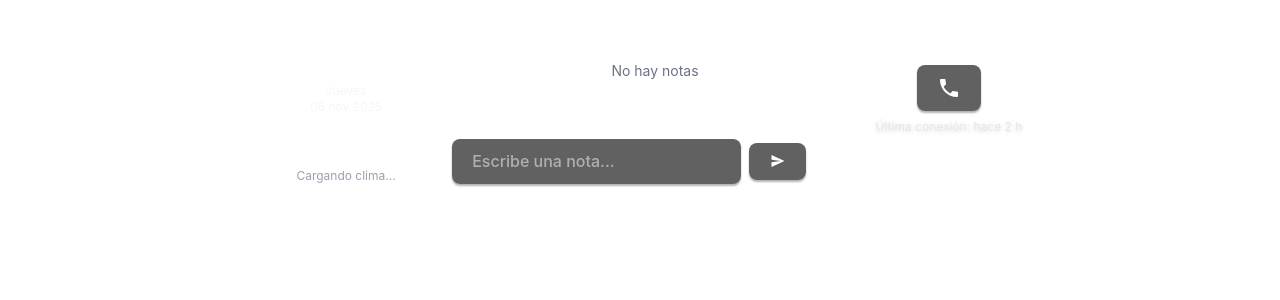
Repository: CodeByEvans/my-romantic-widget
Page: /
The author's editor kept a copy of each file at every save. The page is drawn from the files as they stood at one save, then again after the next save.
The browser window is 1280 px wide. The pictures show the whole page.
The page's requests for data from a server got no answer. The project was rebuilt for these pictures with package versions that can differ from the ones it lists, and the page was loaded fresh each time. No one was signed in, and anything a server would have sent is missing. Also part of the build but not shown: vite.config.ts.

Above is the page before, as saved 2025-11-07 13:03:14.

### src/App.tsx
import "./App.css";
import { Clock } from "./components/Clock";
import { WeatherWidget } from "./components/WeatherWidget";
import { NotesList } from "./components/NotesList";
import { NoteInput } from "./components/NoteInput";
import { CallButton } from "./components/CallButton";

function App() {
  return (
    <main data-tauri-drag-region data-theme="glass">
      {/* Clima + Reloj */}
      <section className="flex flex-col justify-between items-center h-full w-[180px] gap-2">
        <Clock />
        <WeatherWidget />
      </section>

      {/* Notas + input */}
      <section className="flex flex-col justify-between h-full flex-1">
        <NotesList />
        <NoteInput />
      </section>

      {/* Llamada */}
      <section className="flex flex-col justify-center items-center h-full w-[150px]">
        <CallButton />
        <p className="text-xs text-gray-200 mt-2 drop-shadow-sm">
          Última conexión: hace 2 h
        </p>
      </section>
    </main>
  );
}

export default App;

### src/App.css
@import "tailwindcss";

/* ======== CONFIGURACIÓN BASE ======== */
:root {
  font-family: Inter, Avenir, Helvetica, Arial, sans-serif;
  font-size: 16px;
  line-height: 24px;
  font-weight: 400;
  color: #f6f6f6;
  font-synthesis: none;
  text-rendering: optimizeLegibility;
  -webkit-font-smoothing: antialiased;
  -moz-osx-font-smoothing: grayscale;
  -webkit-text-size-adjust: 100%;
}

[data-theme="glass"] {
  /* Fondo general translúcido */
  --surface-bg: rgba(0, 0, 0, 0.3);
  --surface-border: rgba(255, 255, 255, 0.15);
  --surface-blur: blur(18px) saturate(160%);

  /* === Inputs sólidos === */
  --input-bg: #be3030;
  --input-text: #1f2937;
  --input-placeholder: #6b7280;
  --input-border: #e5e7eb;
  --input-border-focus: #93c5fd;
  --focus-ring: #93c5fd;

  /* === Botones sólidos === */
  --button-bg: #3b82f6;
  --button-bg-hover: #2563eb;
  --button-text: #ffffff;
}

/* ======== ESTILO GLOBAL DE LA APP ======== */
main {
  position: relative;
  width: 800px;
  height: 200px;
  margin: 0 auto;
  display: flex;
  align-items: center;
  justify-content: space-between;
  gap: 1rem;
  padding: 1rem;

  -webkit-app-region: drag; /* Permitir mover la ventana */
}

/* ======== ELEMENTOS ======== */
input,
button {
  border-radius: 8px;
  border: 1px solid transparent;
  padding: 0.6em 1.2em;
  font-size: 1em;
  font-weight: 500;
  font-family: inherit;
  color: #fff;
  background-color: rgba(30, 30, 30, 0.7);
  transition: border-color 0.25s, background-color 0.25s;
  box-shadow: 0 2px 2px rgba(0, 0, 0, 0.3);
  -webkit-app-region: no-drag;
}

button:hover {
  border-color: #396cd8;
}

button:active {
  background-color: rgba(40, 40, 40, 0.7);
}

/* Enlaces */
a {
  font-weight: 500;
  color: #61dafb;
  text-decoration: inherit;
}

a:hover {
  color: #24c8db;
}

/* Otros elementos */
h1 {
  text-align: center;
}

.theme-glass {
  border-radius: 16px;
  border: 1px solid rgba(255, 255, 255, 0.15);
  background: rgba(255, 255, 255, 0.05);
  backdrop-filter: blur(18px) saturate(160%);
  position: relative;
  overflow: hidden;
}

/* Capa de brillo sutil */
.theme-glass::before {
  content: "";
  position: absolute;
  inset: 0;
  background: rgba(255, 255, 255, 0.1);
  opacity: 0;
  transition: opacity 0.5s;
}

.theme-glass:hover::before {
  opacity: 0.2;
}

/* Reflejo superior */
.theme-glass::after {
  content: "";
  position: absolute;
  top: 0;
  left: 0;
  right: 0;
  height: 1px;
  background: rgba(255, 255, 255, 0.4);
}

/* ======== BASE REUTILIZABLE ======== */
.theme-input {
  flex: 1;
  font-size: 0.9rem;
  padding: 0.6em 0.8em;
  border-radius: 10px;
  border: 1px solid var(--input-border);
  background: var(--input-bg);
  color: var(--input-text);
  transition: background 0.3s, border-color 0.3s, color 0.3s, box-shadow 0.3s;
}

.theme-input::placeholder {
  color: var(--input-placeholder);
}

.theme-input:focus {
  outline: none;
  border-color: var(--input-border-focus);
  background: var(--input-bg-focus);
  box-shadow: 0 0 6px var(--input-glow);
}

/* ======== BOTÓN TEMÁTICO ======== */
.theme-button {
  display: flex;
  align-items: center;
  justify-content: center;
  padding: 0.5rem;
  border-radius: 50%;
  border: 1px solid var(--button-border);
  background: var(--button-bg);
  color: var(--button-text);
  transition: background 0.3s, border-color 0.3s, transform 0.2s;
}

.theme-button:hover {
  background: var(--button-bg-hover);
  border-color: var(--button-border-hover);
  transform: scale(1.05);
}

### src/components/Clock.tsx
import { useEffect, useState } from "react";

export const Clock = () => {
  const [time, setTime] = useState(new Date());

  useEffect(() => {
    const interval = setInterval(() => {
      setTime(new Date());
    }, 1000);
    return () => clearInterval(interval);
  }, []);

  const hours = time.getHours().toString().padStart(2, "0");
  const minutes = time.getMinutes().toString().padStart(2, "0");

  const day = time.toLocaleDateString("es-ES", { weekday: "long" });
  const date = time.toLocaleDateString("es-ES", {
    day: "2-digit",
    month: "short",
    year: "numeric",
  });

  return (
    <div className=" rounded-xl  px-3 py-2 flex flex-col items-center justify-center w-[150px] h-[130px] theme-glass ">
      <p className="text-2xl font-mono tracking-widest text-white">
        {hours}:{minutes}
      </p>
      <p className="text-xs text-white-600 mt-1 capitalize">{day}</p>
      <p className="text-xs text-white-500">{date}</p>
    </div>
  );
};

### src/components/WeatherWidget.tsx
import { JSX } from "react";
import { useWeather } from "../hooks/useWeather";
import {
  WiDaySunny,
  WiCloud,
  WiRain,
  WiSnow,
  WiThunderstorm,
  WiFog,
  WiDayHaze,
} from "react-icons/wi";

const weatherStyles: Record<string, { icon: JSX.Element }> = {
  Thunderstorm: {
    icon: <WiThunderstorm size={32} />,
  },
  Drizzle: {
    icon: <WiRain size={32} />,
  },
  Rain: {
    icon: <WiRain size={32} />,
  },
  Snow: {
    icon: <WiSnow size={32} />,
  },
  Mist: {
    icon: <WiFog size={32} />,
  },
  Haze: {
    icon: <WiDayHaze size={32} />,
  },
  Clear: {
    icon: <WiDaySunny size={32} />,
  },
  Clouds: {
    icon: <WiCloud size={32} />,
  },
  Fog: {
    icon: <WiFog size={32} />,
  },
};

export const WeatherWidget = () => {
  const { data, loading, errorWeather } = useWeather();

  if (errorWeather)
    return <div className="text-xs text-red-400">{errorWeather}</div>;
  if (loading || !data)
    return <div className="text-xs text-gray-400">Cargando clima...</div>;

  const [city, info] = Object.entries(data)[0] || [];
  const temp = Math.round(info.main.temp);
  const condition = info.weather[0].main;

  const style = weatherStyles[condition] || weatherStyles["Clouds"];

  return (
    <div
      className={`theme-glass flex flex-col items-center justify-center
                  w-[150px] h-[100px] transition-all duration-500`}
    >
      <div className="flex items-center gap-4">
        <div className="animate-pulse-slow">{style.icon}</div>
        <div className="flex flex-col items-start leading-tight">
          <h2 className="text-xs font-semibold tracking-wide drop-shadow-sm">
            {city}
          </h2>
          <p className="text-lg font-bold drop-shadow-sm">{temp}°C</p>
        </div>
      </div>
    </div>
  );
};

### src/components/NotesList.tsx
import { useRealTimeNotes } from "../hooks/useRealTimeNotes";

export const NotesList = () => {
  const notes = useRealTimeNotes();

  const sortedNotes = [...notes].sort(
    (a, b) =>
      new Date(b.created_at).getTime() - new Date(a.created_at).getTime()
  );

  const noteToShow = sortedNotes[0];
  if (!noteToShow)
    return (
      <div className="flex items-center justify-center h-[110px] text-gray-500 text-sm">
        No hay notas
      </div>
    );

  return (
    <div className="bg-white rounded-xl backdrop-blur-sm shadow-inner p-3 h-[110px] overflow-hidden">
      <div className="flex justify-between items-center mb-1">
        <h3 className="font-semibold text-sm text-gray-700">
          {noteToShow.from}
        </h3>
        <small className="text-xs text-gray-400">
          {new Date(noteToShow.created_at).toLocaleString()}
        </small>
      </div>
      <p className="text-gray-700 text-sm italic line-clamp-3">
        {noteToShow.message}
      </p>
    </div>
  );
};

### src/components/NoteInput.tsx
import { IoMdSend } from "react-icons/io";

export const NoteInput = () => {
  return (
    <form className="flex items-center gap-2 mt-2" data-theme="glass">
      <input type="text" placeholder="Escribe una nota..." className="" />
      <button type="submit" className="">
        <IoMdSend size={16} />
      </button>
    </form>
  );
};

### src/components/CallButton.tsx
import { IoMdCall } from "react-icons/io";

export const CallButton = () => {
  return (
    <div className="flex flex-col items-center justify-center">
      <button className="p-4 bg-green-500 text-white rounded-full shadow-md hover:bg-green-600 hover:scale-105 transition-transform">
        <IoMdCall size={24} />
      </button>
    </div>
  );
};

### src/hooks/useWeather.ts
import { useEffect, useState } from "react";
import {
  getCityByCoordinates,
  getWeatherByCity,
} from "../services/weatherService";
import { WeatherData } from "../types/weather";
import { useGeolocation } from "./useGeolocation";

export const useWeather = () => {
  const { coords, error } = useGeolocation();
  const [data, setData] = useState<Record<string, WeatherData> | null>(null);
  const [loading, setLoading] = useState<boolean>(false);
  const [errorWeather, setErrorWeather] = useState<string | null>(null);

  useEffect(() => {
    if (error) setErrorWeather(error);
  }, [error]);

  useEffect(() => {
    if (!coords) return;

    const fetchWeather = async () => {
      setLoading(true);
      try {
        const city = await getCityByCoordinates(
          coords.latitude,
          coords.longitude
        );
        const weather = await getWeatherByCity(city[0].name);
        setData({ [city[0].name]: weather });
      } catch (error) {
        console.error(error);
      } finally {
        setLoading(false);
      }
    };

    fetchWeather();
  }, [coords]);

  return { data, loading, errorWeather };
};

### src/hooks/useRealTimeNotes.ts
import { useEffect, useState } from "react";
import z from "zod";
import { supabase } from "../services/supabaseClient";

const noteSchema = z.object({
  id: z.number(),
  from: z.string(),
  message: z.string(),
  created_at: z.string(),
});

type Note = z.infer<typeof noteSchema>;

export const useRealTimeNotes = () => {
  const [notes, setNotes] = useState<Note[]>([]);

  useEffect(() => {
    // Cargar notas iniciales
    supabase
      .from<"notes", Note>("notes")
      .select("*")
      .then(({ data, error }) => {
        if (data) {
          setNotes(data);
          console.log("Notas cargadas:", data);
        } else {
          console.error("Error fetching notes:", error);
        }
      });

    // Suscripción en tiempo real
    const channel = supabase
      .channel("public:notes")
      .on(
        "postgres_changes",
        { event: "*", schema: "public", table: "notes" },
        (payload) => {
          console.log("Cambio dettectado:", payload);

          if (payload.eventType === "INSERT") {
            const newNote = noteSchema.parse(payload.new);
            setNotes((prevNotes) => [...prevNotes, newNote]);
            console.log("Nota añadida:", newNote);
          } else if (payload.eventType === "UPDATE") {
            setNotes((prev) =>
              prev.map((note) =>
                note.id === payload.new.id
                  ? noteSchema.parse(payload.new)
                  : note
              )
            );
          } else if (payload.eventType === "DELETE") {
            setNotes((prev) =>
              prev.filter((note) => note.id !== payload.old.id)
            );
          }
        }
      )
      .subscribe();

    return () => {
      supabase.removeChannel(channel);
    };
  }, []);

  return notes;
};

### src/services/weatherService.ts
import { envs } from "../config/envs";

export const getWeatherByCity = async (city: string) => {
  const response = await fetch(
    `https://api.openweathermap.org/data/2.5/weather?q=${city}&appid=${envs.openWeatherApiKey}&units=metric`
  );

  if (!response.ok) {
    throw new Error("No se pudo obtener el clima");
  }
  return response.json();
};

export const getCityByCoordinates = async (lat: number, lon: number) => {
  const response = await fetch(
    `https://api.openweathermap.org/geo/1.0/reverse?lat=${lat}&lon=${lon}&limit=1&appid=${envs.openWeatherApiKey}`
  );

  if (!response.ok) {
    throw new Error("No se pudo obtener la ciudad");
  }

  return response.json();
};

### src/hooks/useGeolocation.ts
import { useEffect, useState } from "react";

export const useGeolocation = () => {
  const [coords, setCoords] = useState<{
    latitude: number;
    longitude: number;
  } | null>(null);
  const [error, setError] = useState<string | null>(null);

  useEffect(() => {
    if (!navigator.geolocation) {
      setError("Geolocalización no soportada por el navegador");
      return;
    }

    navigator.geolocation.getCurrentPosition(
      (position) => {
        setCoords({
          latitude: position.coords.latitude,
          longitude: position.coords.longitude,
        });
      },
      (err) => {
        setError(`Error obteniendo la geolocalización: ${err.message}`);
      }
    );
  }, []);

  return { coords, error };
};

### src/services/supabaseClient.ts
import { createClient } from "@supabase/supabase-js";
import { envs } from "../config/envs";

export const supabase = createClient(envs.supabaseUrl, envs.supabaseAnonKey, {
  realtime: {
    params: {
      eventsPerSecond: 10,
    },
  },
});

### src/config/envs.ts
import * as z from "zod";

const envSchema = z.object({
  VITE_SUPABASE_URL: z.string().url(),
  VITE_SUPABASE_ANON_KEY: z.string().min(1),
  VITE_OPEN_WEATHER_API_KEY: z.string().min(1),
});

const parsed = envSchema.parse(import.meta.env);

export const envs = {
  supabaseUrl: parsed.VITE_SUPABASE_URL,
  supabaseAnonKey: parsed.VITE_SUPABASE_ANON_KEY,
  openWeatherApiKey: parsed.VITE_OPEN_WEATHER_API_KEY,
};

Loaded but not shown: index.html (common file); src/main.tsx (common file)

After the next save:
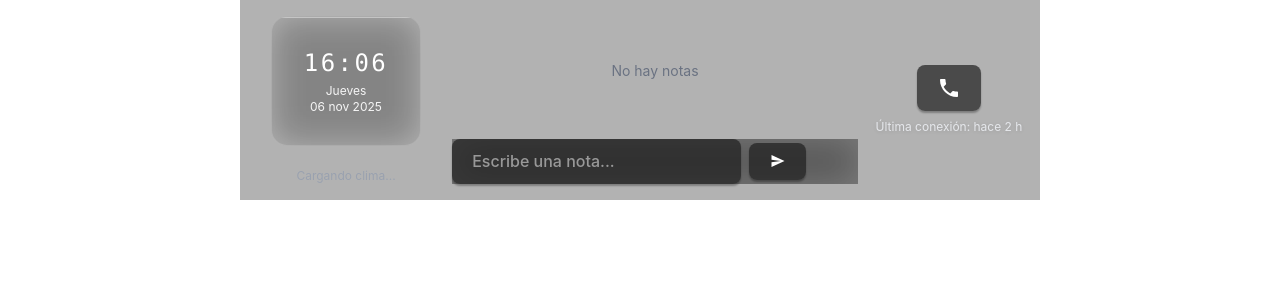
Saved 25 s later.
--- a/src/App.css
+++ b/src/App.css
@@ -16,9 +16,9 @@
 
 [data-theme="glass"] {
   /* Fondo general translúcido */
-  --surface-bg: rgba(0, 0, 0, 0.3);
-  --surface-border: rgba(255, 255, 255, 0.15);
-  --surface-blur: blur(18px) saturate(160%);
+  /* Fondo cristal oscuro */
+  background: rgba(0, 0, 0, 0.3);
+  backdrop-filter: blur(18px) saturate(160%);
 
   /* === Inputs sólidos === */
   --input-bg: #be3030;
@@ -46,6 +46,9 @@ main {
   gap: 1rem;
   padding: 1rem;
 
+  /* Fondo cristal oscuro */
+  background: rgba(0, 0, 0, 0.3);
+  backdrop-filter: blur(18px) saturate(160%);
   -webkit-app-region: drag; /* Permitir mover la ventana */
 }
 
